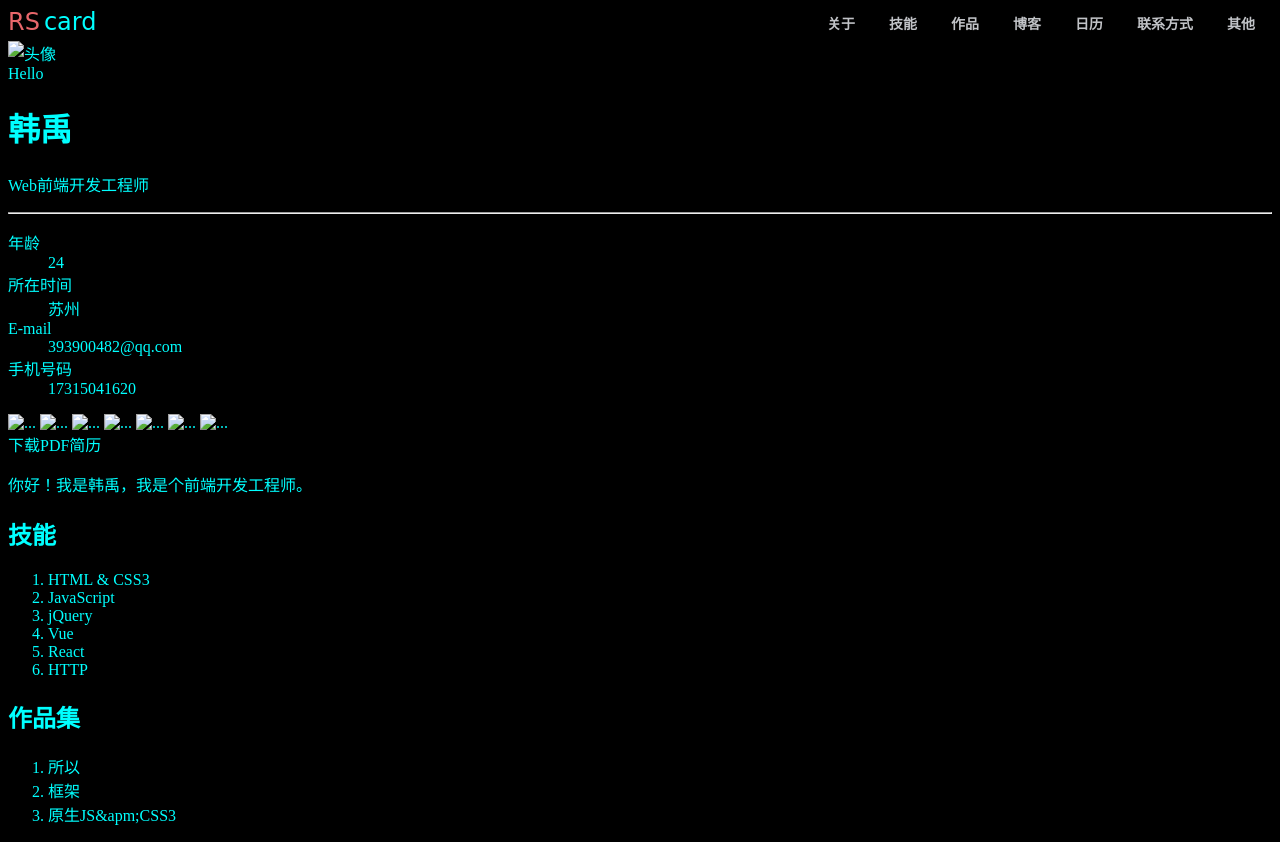
Repository: yorkHan/resume
Page: index.html
An editor plug-in stored every save of this project. The page is shown before and after the next save, followed by the edit.
The browser window is 1280 px wide. The pictures show the whole page.

Above is the page before, as saved 2018-04-09 14:53:46.

After the next save:
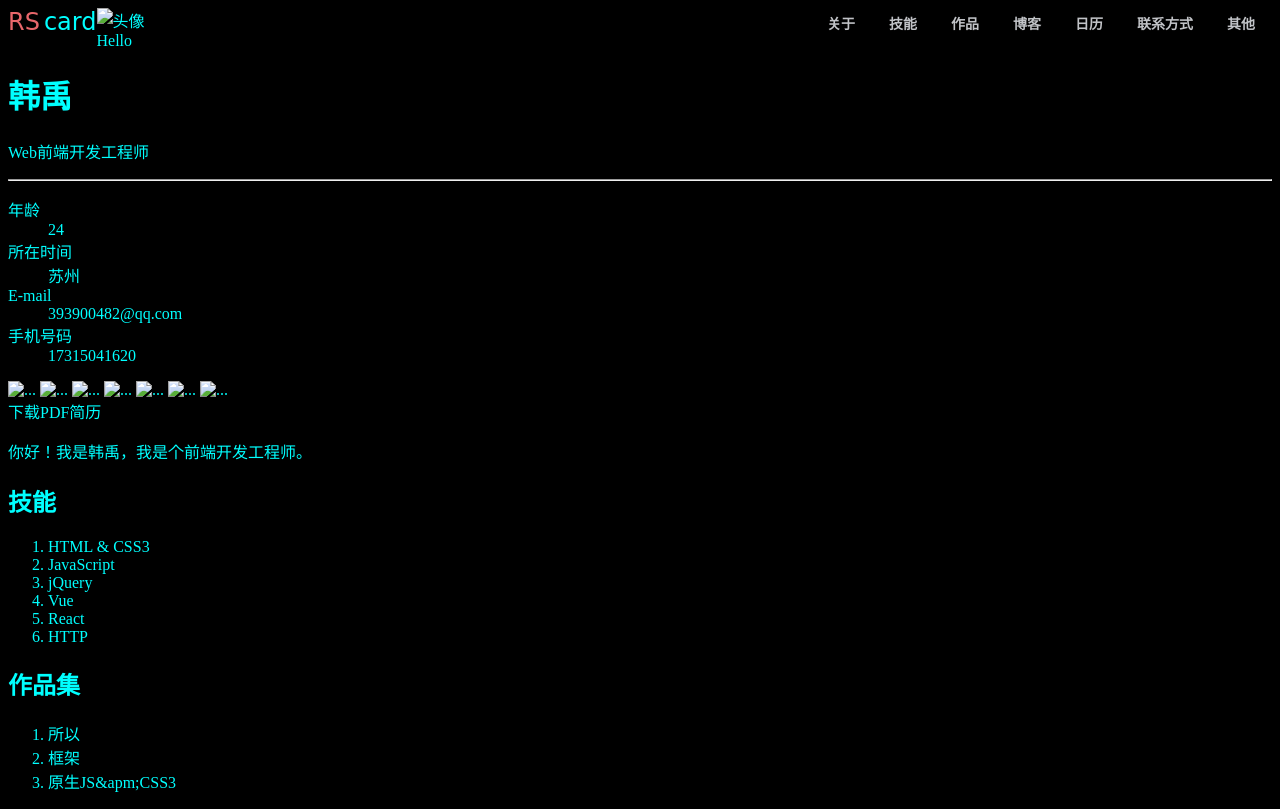
Saved 4 min 0 s later.
--- a/index.html
+++ b/index.html
@@ -8,7 +8,7 @@
     <link rel="stylesheet" href="./1.css">
 </head>
 <body>
-    <div class="topNavBar clearfix">
+    <div class="topNavBar">
         <a class=“logo" href="#" alt="logo" style="float: left;">
             <span class="rs">RS</span><span class="card">card</span>
         </a>

After the save that followed:
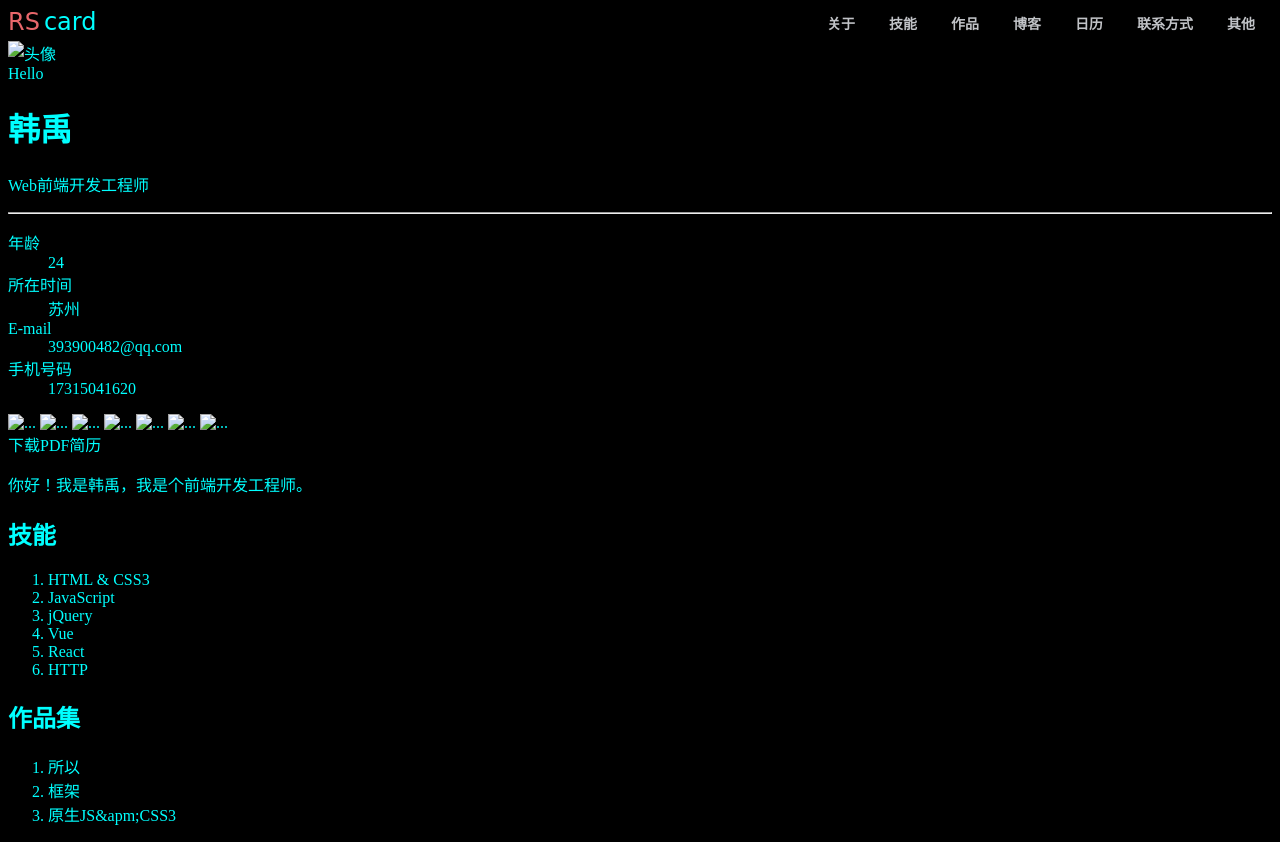
Saved 5 s later.
--- a/index.html
+++ b/index.html
@@ -8,7 +8,7 @@
     <link rel="stylesheet" href="./1.css">
 </head>
 <body>
-    <div class="topNavBar">
+    <div class="topNavBar clearfix">
         <a class=“logo" href="#" alt="logo" style="float: left;">
             <span class="rs">RS</span><span class="card">card</span>
         </a>
